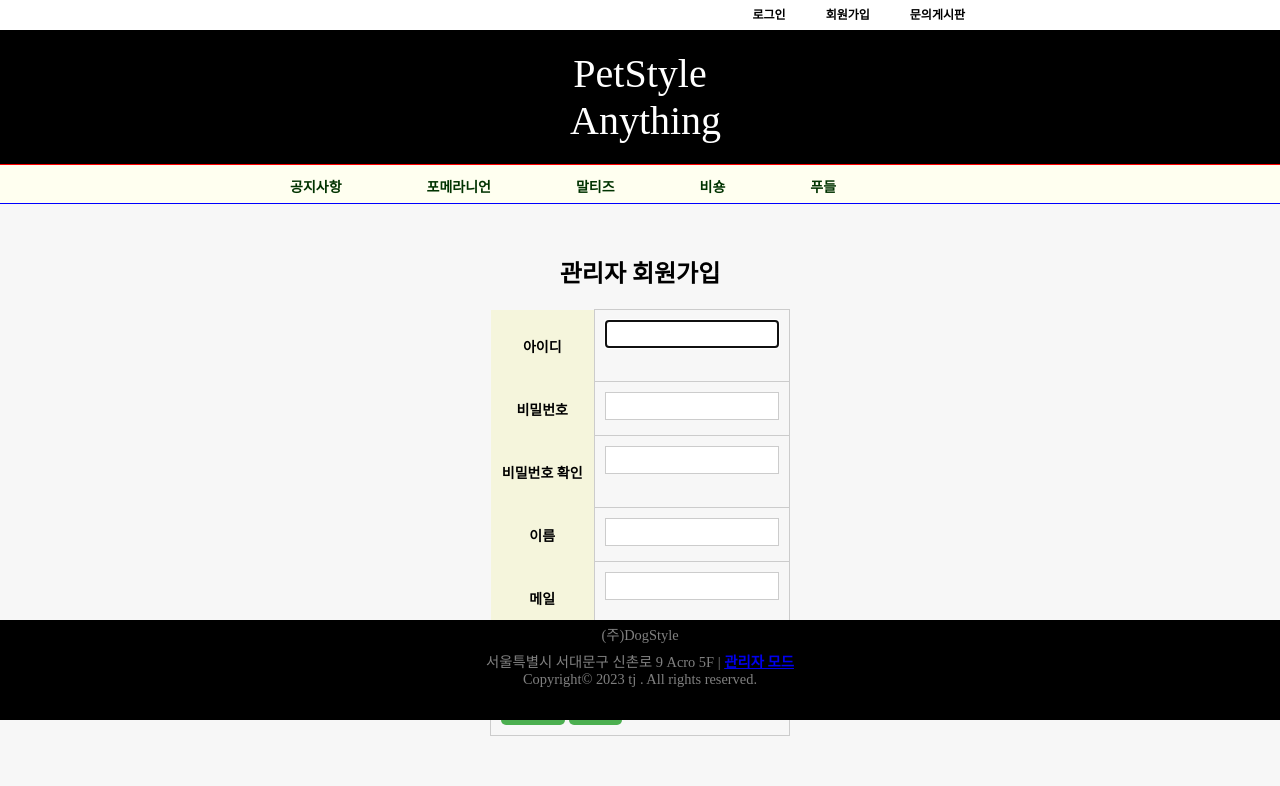
Repository: kdkk2000/Project
Page: http://localhost/petstyle/admin/adminJoin.jsp
These files come from the project's save history. The page is drawn as it stood at one moment and after the next save; the edit follows.
The browser window is 1280 px wide. The pictures show the whole page.
The page is served by Tomcat 9. The template is opened directly, without the code that normally fills it, so the values that code supplies are empty.

Above is the page before, as saved 2023-03-29 06:31:56.

After the next save:
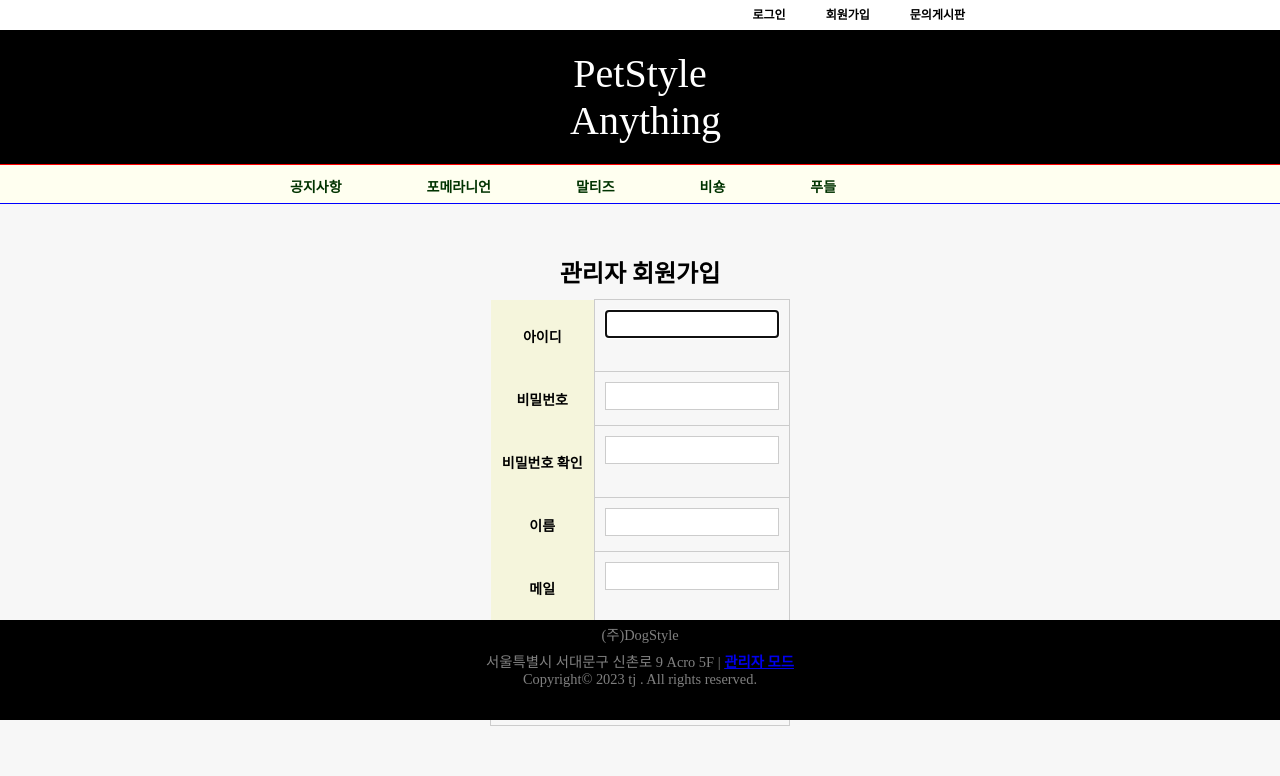
Saved 10 s later.
--- a/petstyle/WebContent/css/join.css
+++ b/petstyle/WebContent/css/join.css
@@ -23,7 +23,7 @@ table {
 table caption {
   font-size: 24px;
   font-weight: bold;
-  margin-bottom: 20px;
+  margin-bottom: 10px;
 }
 
 table th {
